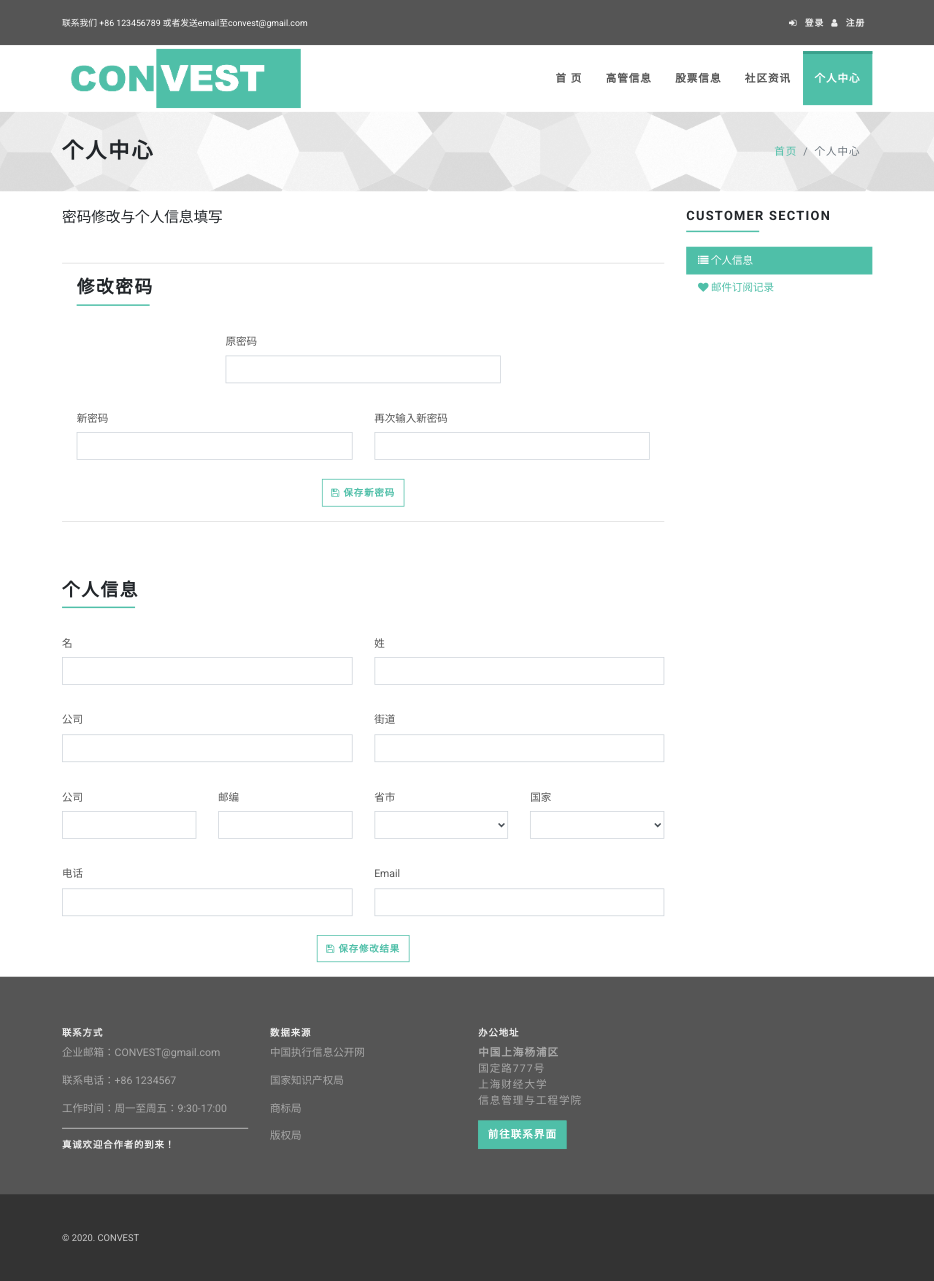
Repository: SUFELYZ/CONVEST
Page: http://localhost/CONVEST/个人中心.jsp
The author's editor kept a copy of each file at every save. The page is drawn from the files as they stood at one save, then again after the next save.
The browser window is 1280 px wide. The pictures show the whole page, at 73% of full size.
The page is served by Tomcat 9. Other server files are loaded and not shown.

Above is the page before, as saved 2021-01-02 06:13:21.

### CONVEST 1.0/CONVEST/WebContent/个人中心.jsp
<%@ page language="java" contentType="text/html; charset=UTF-8" pageEncoding="UTF-8"%>
<!DOCTYPE html>
<html>
  <head>
    <meta charset="utf-8">
    <meta http-equiv="X-UA-Compatible" content="IE=edge">
    <title>CONVEST</title>
    <meta name="description" content="">
    <meta name="viewport" content="width=device-width, initial-scale=1">
    <meta name="robots" content="all,follow">
    <!-- Bootstrap CSS-->
    <link rel="stylesheet" href="vendor/bootstrap/css/bootstrap.min.css">
    <!-- Font Awesome CSS-->
    <link rel="stylesheet" href="vendor/font-awesome/css/font-awesome.min.css">
    <!-- Google fonts - Roboto-->
    <link rel="stylesheet" href="https://fonts.googleapis.com/css?family=Roboto:300,400,700">
    <!-- Bootstrap Select-->
    <link rel="stylesheet" href="vendor/bootstrap-select/css/bootstrap-select.min.css">
    <!-- owl carousel-->
    <link rel="stylesheet" href="vendor/owl.carousel/assets/owl.carousel.css">
    <link rel="stylesheet" href="vendor/owl.carousel/assets/owl.theme.default.css">
    <!-- theme stylesheet-->
    <link rel="stylesheet" href="css/style.default.css" id="theme-stylesheet">
    <!-- Custom stylesheet - for your changes-->
    <link rel="stylesheet" href="css/custom.css">
    <!-- Favicon and apple touch icons-->
    <link rel="shortcut icon" href="img/favicon.ico" type="image/x-icon">
    <link rel="apple-touch-icon" href="img/apple-touch-icon.png">
    <link rel="apple-touch-icon" sizes="57x57" href="img/apple-touch-icon-57x57.png">
    <link rel="apple-touch-icon" sizes="72x72" href="img/apple-touch-icon-72x72.png">
    <link rel="apple-touch-icon" sizes="76x76" href="img/apple-touch-icon-76x76.png">
    <link rel="apple-touch-icon" sizes="114x114" href="img/apple-touch-icon-114x114.png">
    <link rel="apple-touch-icon" sizes="120x120" href="img/apple-touch-icon-120x120.png">
    <link rel="apple-touch-icon" sizes="144x144" href="img/apple-touch-icon-144x144.png">
    <link rel="apple-touch-icon" sizes="152x152" href="img/apple-touch-icon-152x152.png">
    <!-- Tweaks for older IEs--><!--[if lt IE 9]>
        <script src="https://oss.maxcdn.com/html5shiv/3.7.3/html5shiv.min.js"></script>
        <script src="https://oss.maxcdn.com/respond/1.4.2/respond.min.js"></script><![endif]-->
  </head>
  <body>
    <div id="all">
      <!-- Top bar-->
      <div class="top-bar">
        <div class="container">
          <div class="row d-flex align-items-center">
            <div class="col-md-6 d-md-block d-none">
              <p>联系我们 +86 123456789 或者发送email至convest@gmail.com</p>
            </div>
            <div class="col-md-6">
              <div class="d-flex justify-content-md-end justify-content-between">
                <ul class="list-inline contact-info d-block d-md-none">
                  <li class="list-inline-item"><a href="#"><i class="fa fa-phone"></i></a></li>
                  <li class="list-inline-item"><a href="#"><i class="fa fa-envelope"></i></a></li>
                </ul>
                <div class="login"><a href="#" data-toggle="modal" data-target="#login-modal" class="login-btn"><i class="fa fa-sign-in"></i><span class="d-none d-md-inline-block">登录</span></a><a href="customer-register.jsp" class="signup-btn"><i class="fa fa-user"></i><span class="d-none d-md-inline-block">注册</span></a></div>

              </div>
            </div>
          </div>
        </div>
      </div>
      <!-- Top bar end-->
      <!-- Login Modal-->
      <div id="login-modal" tabindex="-1" role="dialog" aria-labelledby="login-modalLabel" aria-hidden="true" class="modal fade">
        <div role="document" class="modal-dialog">
          <div class="modal-content">
            <div class="modal-header">
              <h4 id="login-modalLabel" class="modal-title">用户登录</h4>
              <button type="button" data-dismiss="modal" aria-label="Close" class="close"><span aria-hidden="true">×</span></button>
            </div>
            <div class="modal-body">
              <form action="个人中心.jsp" method="get">
                <div class="form-group">
                  <input id="email_modal" type="text" placeholder="email" class="form-control">
                </div>
                <div class="form-group">
                  <input id="password_modal" type="password" placeholder="密码" class="form-control">
                </div>
                <p class="text-center">
                  <button class="btn btn-template-outlined"><i class="fa fa-sign-in"></i> 登录</button>
                </p>
              </form>
              <p class="text-center text-muted">还没注册？</p>
              <p class="text-center text-muted"><a href="customer-register.jsp"><strong>即刻注册</strong></a>! 只需一分钟，体验更多功能！</p>
            </div>
          </div>
        </div>
      </div>
      <!-- Login modal end-->
      <!-- Navbar Start-->
      <header class="nav-holder make-sticky">
        <div id="navbar" role="navigation" class="navbar navbar-expand-lg">
          <div class="container"><a href="首页.jsp" class="navbar-brand home"><img src="img/logo.png" alt="Universal logo" class="d-none d-md-inline-block"><img src="img/logo-small.png" alt="Universal logo" class="d-inline-block d-md-none"><span class="sr-only">Universal - go to homepage</span></a>
            <button type="button" data-toggle="collapse" data-target="#navigation" class="navbar-toggler btn-template-outlined"><span class="sr-only">Toggle navigation</span><i class="fa fa-align-justify"></i></button>
            <div id="navigation" class="navbar-collapse collapse">
              <ul class="nav navbar-nav ml-auto">
                <li class="nav-item dropdown menu-large"><a href="首页.jsp" >首 页 <b class="caret"></b></a>

                </li>
                <li class="nav-item dropdown menu-large"><a href="高管信息.jsp">高管信息 <b class="caret"></b></a>

                </li>
                <li class="nav-item dropdown menu-large"><a href="股票信息.jsp" >股票信息<b class="caret"></b></a>

                </li>
                <li class="nav-item dropdown menu-large"><a href="社区资讯.jsp" >社区资讯 <b class="caret"></b></a>

                </li>

                <li class="nav-item dropdown active"><a href="个人中心.jsp" >个人中心 <b class="caret"></b></a>

                </li>
                <!-- ========== Contact dropdown end ==================-->
              </ul>
            </div>
            <div id="search" class="collapse clearfix">
              <form role="search" class="navbar-form">
                <div class="input-group">
                  <input type="text" placeholder="Search" class="form-control"><span class="input-group-btn">
                    <button type="submit" class="btn btn-template-main"><i class="fa fa-search"></i></button></span>
                </div>
              </form>
            </div>
          </div>
        </div>
      </header>

      <!-- Navbar End-->

      <div id="heading-breadcrumbs">
        <div class="container">
          <div class="row d-flex align-items-center flex-wrap">
            <div class="col-md-7">
              <h1 class="h2">个人中心</h1>
            </div>
            <div class="col-md-5">
              <ul class="breadcrumb d-flex justify-content-end">
                <li class="breadcrumb-item"><a href="首页.jsp">首页</a></li>
                <li class="breadcrumb-item active">个人中心</li>
              </ul>
            </div>
          </div>
        </div>
      </div>
      <div id="content">
        <div class="container">
          <div class="row bar">
            <div id="customer-account" class="col-lg-9 clearfix">
              <p class="lead">密码修改与个人信息填写</p>
              <div class="box mt-5">
                <div class="heading">
                  <h3 class="text-uppercase">修改密码</h3>
                </div>
                <form>
                  <div class="row">
                    <div class="col-md-6">
                      <div class="form-group">
                        <label for="password_old">原密码</label>
                        <input id="password_old" type="password" class="form-control">
                      </div>
                    </div>
                  </div>
                  <div class="row">
                    <div class="col-md-6">
                      <div class="form-group">
                        <label for="password_1">新密码</label>
                        <input id="password_1" type="password" class="form-control">
                      </div>
                    </div>
                    <div class="col-md-6">
                      <div class="form-group">
                        <label for="password_2">再次输入新密码</label>
                        <input id="password_2" type="password" class="form-control">
                      </div>
                    </div>
                  </div>
                  <div class="text-center">
                    <button type="submit" class="btn btn-template-outlined"><i class="fa fa-save"></i> 保存新密码</button>
                  </div>
                </form>
              </div>
              <div class="bo3">
                <div class="heading">
                  <h3 class="text-uppercase">个人信息</h3>
                </div>
                <form>
                  <div class="row">
                    <div class="col-md-6">
                      <div class="form-group">
                        <label for="firstname">名</label>
                        <input id="firstname" type="text" class="form-control">
                      </div>
                    </div>
                    <div class="col-md-6">
                      <div class="form-group">
                        <label for="lastname">姓</label>
                        <input id="lastname" type="text" class="form-control">
                      </div>
                    </div>
                  </div>
                  <div class="row">
                    <div class="col-md-6">
                      <div class="form-group">
                        <label for="company">公司</label>
                        <input id="company" type="text" class="form-control">
                      </div>
                    </div>
                    <div class="col-md-6">
                      <div class="form-group">
                        <label for="street">街道</label>
                        <input id="street" type="text" class="form-control">
                      </div>
                    </div>
                  </div>
                  <div class="row">
                    <div class="col-md-6 col-lg-3">
                      <div class="form-group">
                        <label for="city">公司</label>
                        <input id="city" type="text" class="form-control">
                      </div>
                    </div>
                    <div class="col-md-6 col-lg-3">
                      <div class="form-group">
                        <label for="zip">邮编</label>
                        <input id="zip" type="text" class="form-control">
                      </div>
                    </div>
                    <div class="col-md-6 col-lg-3">
                      <div class="form-group">
                        <label for="state">省市</label>
                        <select id="state" class="form-control"></select>
                      </div>
                    </div>
                    <div class="col-md-6 col-lg-3">
                      <div class="form-group">
                        <label for="country">国家</label>
                        <select id="country" class="form-control"></select>
                      </div>
                    </div>
                    <div class="col-md-6">
                      <div class="form-group">
                        <label for="phone">电话</label>
                        <input id="phone" type="text" class="form-control">
                      </div>
                    </div>
                    <div class="col-md-6">
                      <div class="form-group">
                        <label for="email_account">Email</label>
                        <input id="email_account" type="text" class="form-control">
                      </div>
                    </div>
                    <div class="col-md-12 text-center">
                      <button type="submit" class="btn btn-template-outlined"><i class="fa fa-save"></i> 保存修改结果</button>
                    </div>
                  </div>
                </form>
              </div>
            </div>
            <div class="col-lg-3 mt-4 mt-lg-0">
              <!-- CUSTOMER MENU -->
              <div class="panel panel-default sidebar-menu">
                <div class="panel-heading">
                  <h3 class="h4 panel-title">Customer section</h3>
                </div>
                <div class="panel-body">
                  <ul class="nav nav-pills flex-column text-sm">
                    <li class="nav-item"><a href="个人中心.jsp" class="nav-link active"><i class="fa fa-list"></i> 个人信息</a></li>
                    <li class="nav-item"><a href="customer-wishlist.jsp" class="nav-link"><i class="fa fa-heart"></i> 邮件订阅记录</a></li>

                  </ul>
                </div>
              </div>
            </div>
          </div>
        </div>
      </div>

      <!-- FOOTER -->
     <footer class="main-footer">
        <div class="container">
          <div class="row">
            <div class="col-lg-3">
              <h4 class="h6">联系方式</h4>
              <p>企业邮箱：<a href="mailto:CONVEST@gmail.com" rel="nofollow">CONVEST@gmail.com</a></p>
              <p>联系电话：+86 1234567</p>
              <p>工作时间：周一至周五：9:30-17:00</p>
              <hr>
              <h4 class="h6">真诚欢迎合作者的到来！</h4>

              <hr class="d-block d-lg-none">
            </div>
            <div class="col-lg-3">
              <h4 class="h6">数据来源</h4>
              <p><a href="http://zxgk.court.gov.cn/" target="_blank" rel="nofollow">中国执行信息公开网</a></p>
              <p><a href="http://www.sipo.gov.cn/" target="_blank" rel="nofollow">国家知识产权局</a></p>
              <p><a href="http://sbj.cnipa.gov.cn/" target="_blank" rel="nofollow">商标局</a></p>
              <p><a href="http://www.ncac.gov.cn/" target="_blank" rel="nofollow">版权局</a></p>

            </div>

            <div class="col-lg-3">
              <h4 class="h6">办公地址</h4>
              <p class="text-uppercase"><strong>中国上海杨浦区</strong><br>国定路777号 <br>上海财经大学<br>信息管理与工程学院<br><strong></strong></p><a href="contact.jsp" class="btn btn-template-main">前往联系界面</a>
              <hr class="d-block d-lg-none">
            </div>

          </div>
        </div>
        <div class="copyrights">
          <div class="container">
            <div class="row">
              <div class="col-lg-4 text-center-md">
                <p>&copy; 2020. CONVEST</p>
              </div>

            </div>
          </div>
        </div>
      </footer>
    </div>
    <!-- Javascript files-->
    <script src="vendor/jquery/jquery.min.js"></script>
    <script src="vendor/popper.js/umd/popper.min.js"> </script>
    <script src="vendor/bootstrap/js/bootstrap.min.js"></script>
    <script src="vendor/jquery.cookie/jquery.cookie.js"> </script>
    <script src="vendor/waypoints/lib/jquery.waypoints.min.js"> </script>
    <script src="vendor/jquery.counterup/jquery.counterup.min.js"> </script>
    <script src="vendor/owl.carousel/owl.carousel.min.js"></script>
    <script src="vendor/owl.carousel2.thumbs/owl.carousel2.thumbs.min.js"></script>
    <script src="js/jquery.parallax-1.1.3.js"></script>
    <script src="vendor/bootstrap-select/js/bootstrap-select.min.js"></script>
    <script src="vendor/jquery.scrollto/jquery.scrollTo.min.js"></script>
    <script src="js/front.js"></script>
  </body>
</html>

Loaded but not shown: CONVEST 1.0/CONVEST/WebContent/css/custom.css (common file); CONVEST 1.0/CONVEST/WebContent/js/jquery.parallax-1.1.3.js (common file); CONVEST 1.0/CONVEST/WebContent/js/front.js (295 lines, source omitted); CONVEST 1.0/CONVEST/WebContent/css/style.default.css (3694 lines, source omitted)

After the next save:
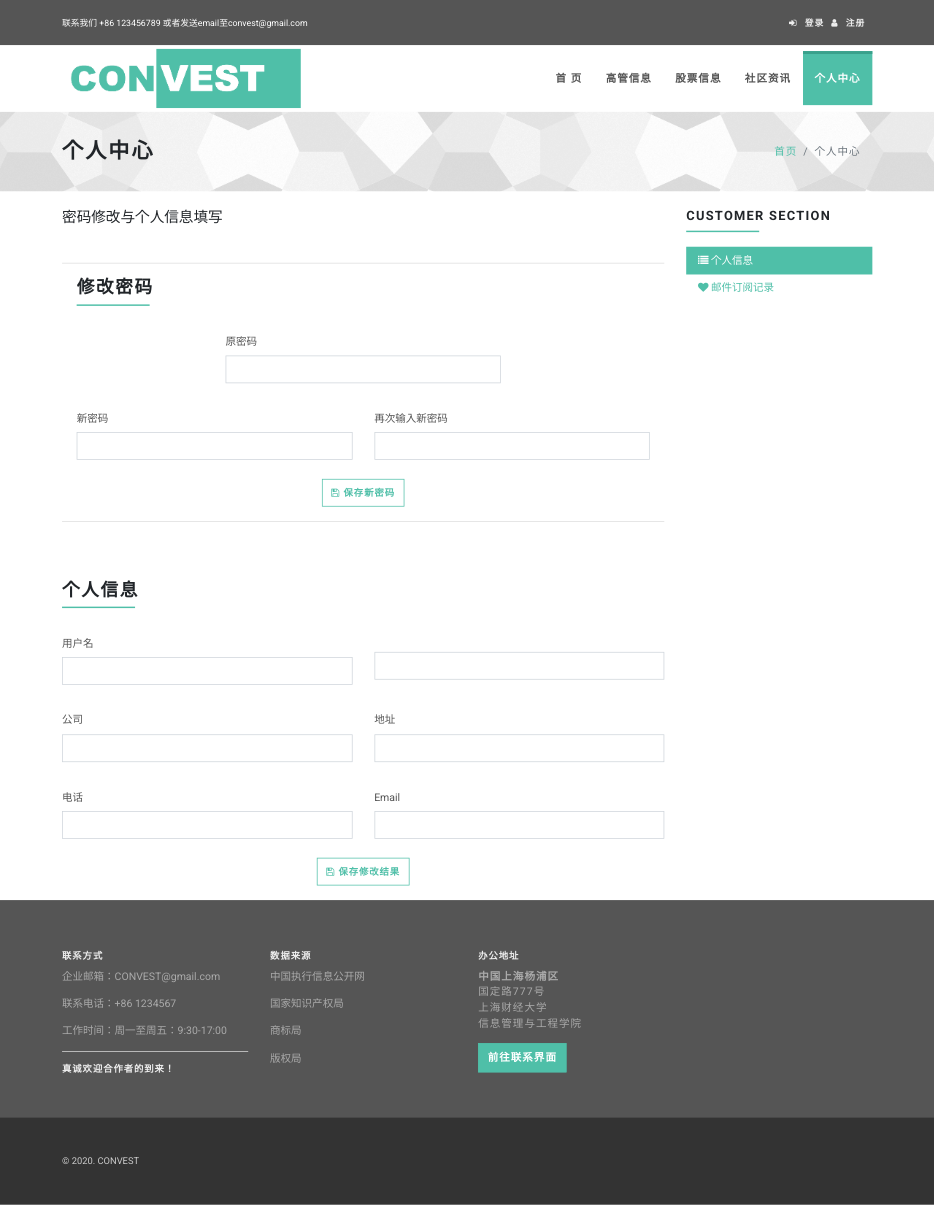
Saved 9 min 21 s later.
--- a/CONVEST 1.0/CONVEST/WebContent/个人中心.jsp
+++ b/CONVEST 1.0/CONVEST/WebContent/个人中心.jsp
@@ -187,13 +187,13 @@
                   <div class="row">
                     <div class="col-md-6">
                       <div class="form-group">
-                        <label for="firstname">名</label>
+                        <label for="firstname">用户名</label>
                         <input id="firstname" type="text" class="form-control">
                       </div>
                     </div>
                     <div class="col-md-6">
                       <div class="form-group">
-                        <label for="lastname">姓</label>
+                        <label for="lastname"></label>
                         <input id="lastname" type="text" class="form-control">
                       </div>
                     </div>
@@ -207,36 +207,12 @@
                     </div>
                     <div class="col-md-6">
                       <div class="form-group">
-                        <label for="street">街道</label>
+                        <label for="street">地址</label>
                         <input id="street" type="text" class="form-control">
                       </div>
                     </div>
                   </div>
                   <div class="row">
-                    <div class="col-md-6 col-lg-3">
-                      <div class="form-group">
-                        <label for="city">公司</label>
-                        <input id="city" type="text" class="form-control">
-                      </div>
-                    </div>
-                    <div class="col-md-6 col-lg-3">
-                      <div class="form-group">
-                        <label for="zip">邮编</label>
-                        <input id="zip" type="text" class="form-control">
-                      </div>
-                    </div>
-                    <div class="col-md-6 col-lg-3">
-                      <div class="form-group">
-                        <label for="state">省市</label>
-                        <select id="state" class="form-control"></select>
-                      </div>
-                    </div>
-                    <div class="col-md-6 col-lg-3">
-                      <div class="form-group">
-                        <label for="country">国家</label>
-                        <select id="country" class="form-control"></select>
-                      </div>
-                    </div>
                     <div class="col-md-6">
                       <div class="form-group">
                         <label for="phone">电话</label>
